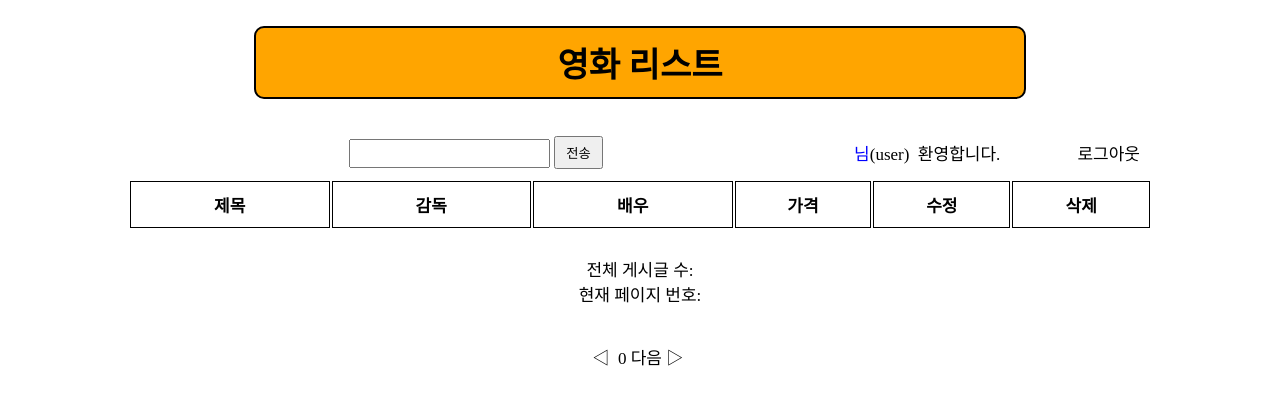
Repository: EverythingOfC/movie
Page: http://localhost/movie/movie/list.jsp
The author's editor kept a copy of each file at every save. The page is drawn from the files as they stood at one save, then again after the next save.
The browser window is 1280 px wide. The pictures show the whole page.
The page is served by Tomcat 9. Nobody is signed in. The application's start-up code is not run. The template is opened directly, without the code that normally fills it, so the values that code supplies are empty.

Above is the page before, as saved 2023-01-03 09:48:04.

After the next save:
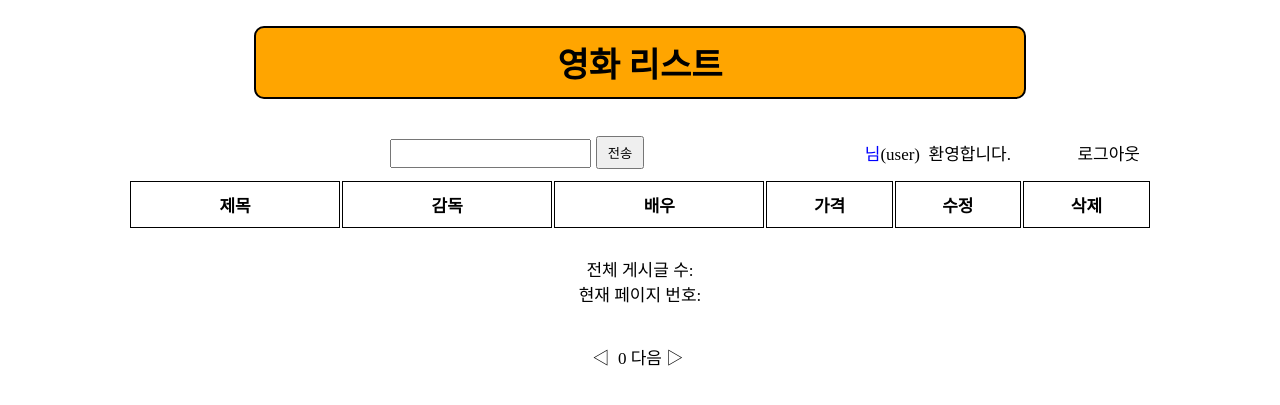
Saved 16 s later.
--- a/movie/src/main/webapp/movie/list.jsp
+++ b/movie/src/main/webapp/movie/list.jsp
@@ -19,7 +19,7 @@
 
 			<tr>
 				<td colspan="3" style="border:0; text-align:center;">
-				<form action="ms" method="get">&emsp;&emsp;&emsp;&emsp;&emsp;
+				<form action="ms" method="get">&emsp;&emsp;&emsp;&emsp;&emsp;&emsp;&emsp;&emsp;
 					<input type="text" name="search" style="padding:5px 10px;">
 					<input type="submit" value="전송" style="padding:5px 10px;">
 				</form>
